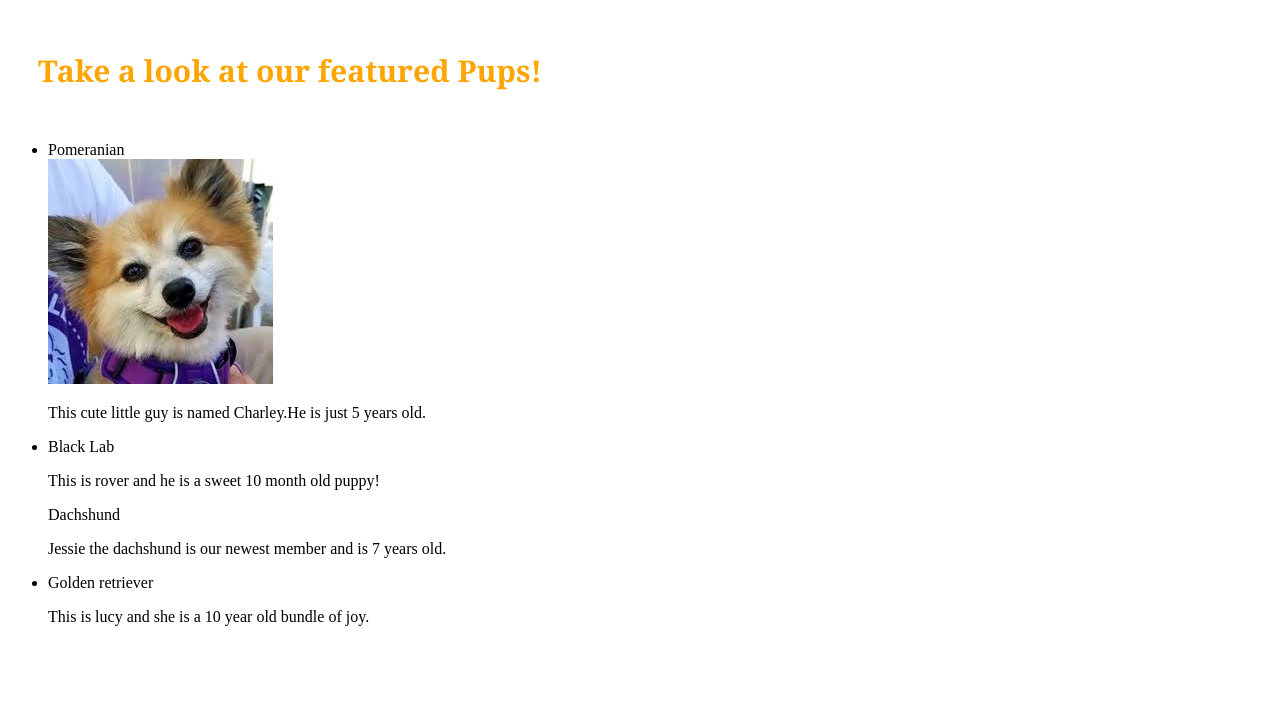
Repository: fieldceleste/animal-shelter
Page: animal-shelter.html
An editor plug-in stored every save of this project. The page is shown before and after the next save, followed by the edit.
The browser window is 1280 px wide. The pictures show the whole page.

Above is the page before, as saved 2019-10-29 21:35:26.

After the next save:
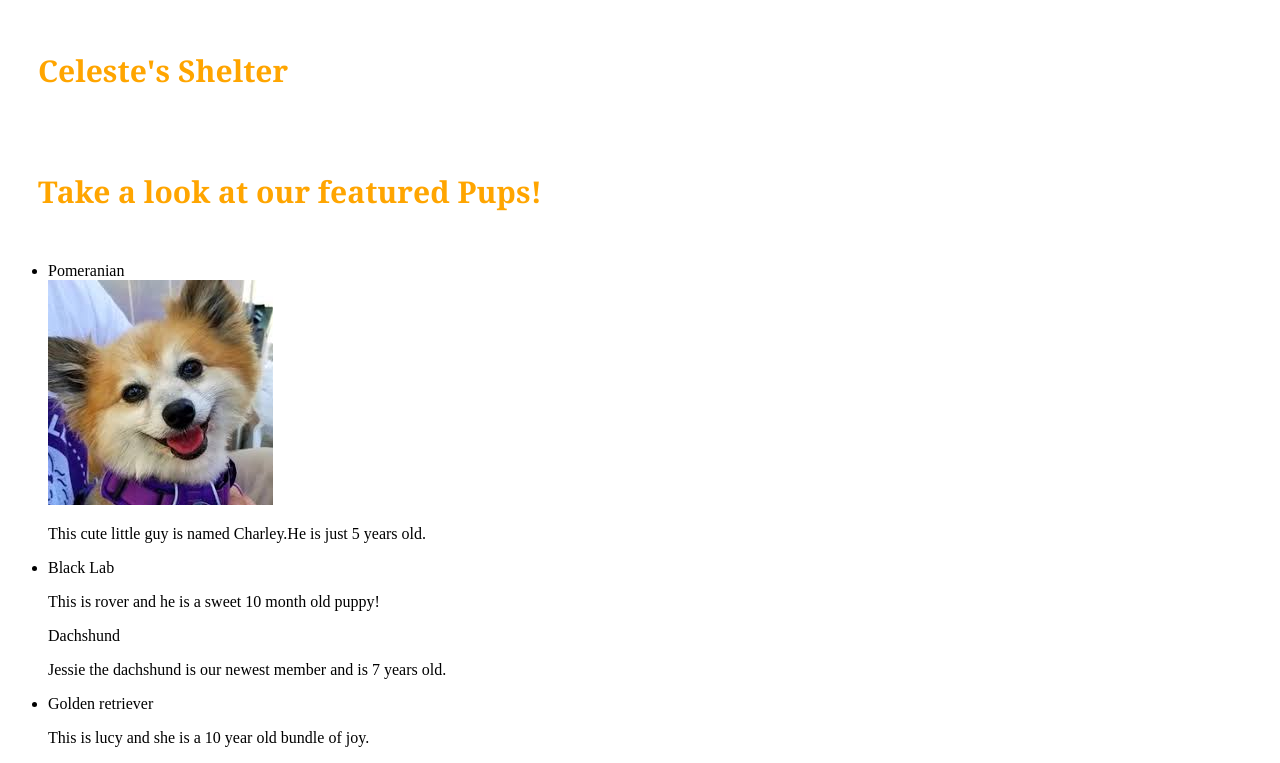
Saved 80 s later.
--- a/animal-shelter.html
+++ b/animal-shelter.html
@@ -5,7 +5,8 @@
   <title>Celeste's Animal Shelter</title>
 </head>
 <body>
-<h1>Take a look at our featured Pups!</h1>
+    <h1>Celeste's Shelter</h1>
+<h1>Take a look at our featured Pups!</h2>
 <ul>
 <li>Pomeranian</li>
 <a> <img src="img/pom.jpeg" alt="picture of Pomeranian" /></a>
--- a/css/styles.css
+++ b/css/styles.css
@@ -8,8 +8,12 @@ h1{
     font-size: 30px;
     color: orange;
     padding: 30px;
-
-
+}
+h2{
+    font-family: Georgia, 'Times New Roman', Times, serif;
+    font-size: 25px;
+    color: rgb(255, 94, 0);
+    padding: 30px;
 }
 
 .ul a{
